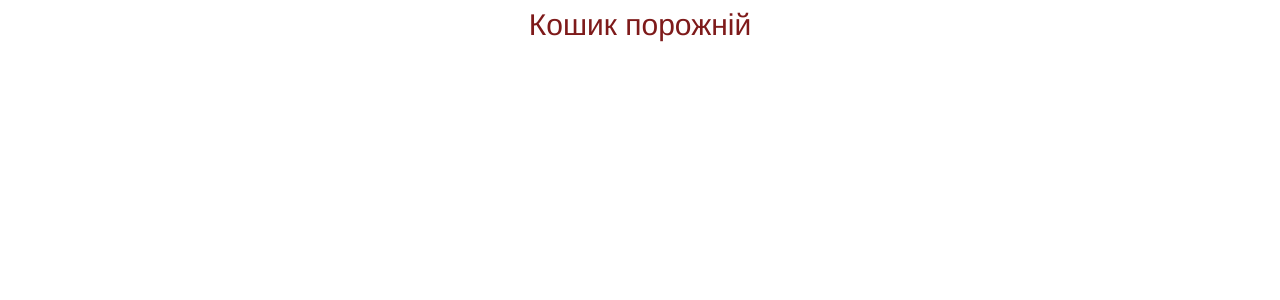
Repository: kristinap8/pharmacy
Page: /cart
The author's editor kept a copy of each file at every save. The page is drawn from the files as they stood at one save, then again after the next save.
The browser window is 1280 px wide. The pictures show the whole page.
The project was rebuilt for these pictures with package versions that can differ from the ones it lists, and the page was loaded fresh each time. Also part of the build but not shown: src/components/AddMedicineForm/index.vue, src/pages/AddMedicine/index.vue, src/components/EditMedicineForm/index.vue, src/pages/EditMedicine/index.vue, src/components/MedicinesList/MedicineCard/index.vue, src/components/MedicinesList/index.vue, src/pages/AllMedicines/index.vue.

Above is the page before, as saved 2020-12-10 00:46:44.

### src/main.js
import Vue from 'vue'
import App from './App.vue'
import router from "./router"
import store from "./store"

Vue.config.productionTip = false

new Vue({
  store,
  router,
  render: h => h(App),
}).$mount('#app')

### src/App.vue
<template>
  <div id="app">
    <router-view/>
  </div>
</template>

<script>
export default {
  name: "App",
  components: {},
};
</script>

<style>
#app {
  font-family: Avenir, Helvetica, Arial, sans-serif;
  -webkit-font-smoothing: antialiased;
  -moz-osx-font-smoothing: grayscale;
  color: #2c3e50;
}
</style>

### src/router.js
import Vue from "vue";
import VueRouter from "vue-router";
import AddMedicine from "@/pages/AddMedicine";
import EditMedicine from "@/pages/EditMedicine";
import AllMedicines from "@/pages/AllMedicines";
import Cart from "@/pages/Cart";

Vue.use(VueRouter);

const routes=[
    {
        path:'/',
        name:'all-medicines',
        component:AllMedicines
    },
    {
        path:'/edit_medicine/:medicine_id',
        name:'edit-medicine',
        component:EditMedicine
    },
    {
        path:'/add_medicine',
        name:'add-medicine',
        component:AddMedicine
    },
    {
        path:'/cart',
        name:'cart',
        component:Cart
    },

]

const router=new VueRouter({
    mode:"history",
    routes
});

export default router;

### src/store/index.js
import Vue from "vue";
import Vuex from "vuex";
import { v4 as uuid_v4 } from 'uuid'

Vue.use(Vuex)
const store=new Vuex.Store({
    state:{
      medicinesList:[
          {
              id:1,
              name:'Но-шпа',
              price:60.48,
              requirements:"Спазми гладкої мускулатури, пов'язані з захворюваннями біліарного тракту: холецистолітіаз, холангіолітіаз, холецистит, перихолецистит, холангіт, папіліт. Спазми гладкої мускулатури при захворюваннях сечового тракту: нефролітіаз, уретролітіаз, пієліт, цистит, тенезми сечового міхура.",
              maker:"Chinoin (Угорщина)"

          },
          {
            id:2,
            name:"Діазолін",
            price:19.19,
            requirements:"Профілактика і лікування сезонного та алергічного риніту, полінозу, кропив'янки, харчової та медикаментозної алергії, дерматозів, що супроводжуються свербежем шкіри (екзема, нейродерміт).",
            maker:"Фармак ОАО (Україна, Київ)"

        },
        {
            id:3,
            name:"Амоксил",
            price:81.77,
            requirements:"Інфекції органів дихання, сечостатевої системи, травного тракту (у тому числі у комбінації з метронідазолом або кларитроміцином застосовують для лікування захворювань, асоційованих із Helicobacter pylori), шкіри та м’яких тканин, спричинені чутливими до лікарського засобу мікроорганізмами.",
            maker:"Киевмедпрепарат ОАО (Україна, Київ)"

        }
      ],
      cart:[],
      cartItemsCount:0
    },
    mutations:{
        addMedicine(state, data) {
            state.medicinesList.push({
             id: uuid_v4(),
             ...data,
           })
         },
         deleteMedicine(state,id){
             let medicines=state.medicinesList.filter(medicine=>medicine.id!=id)
             state.medicinesList=medicines;
         },
         editMedicine(state,medicine){
             state.medicinesList.forEach(m=>{
                 if(m.id==medicine.id){
                     m=medicine;
                 }
             } )
         },
         addToCart(state,medicine){
            let isMedicineExists=state.cart.find(m => m.id == medicine.id);

            if (isMedicineExists) {
                isMedicineExists.quantity ++;
                isMedicineExists.totalPrice = (isMedicineExists.quantity * isMedicineExists.price).toFixed(2);
            } else {
                state.cart.push(medicine);

                Vue.set(medicine, 'quantity', 1);
                Vue.set(medicine, 'totalPrice', medicine.price);
            }
             state.cartItemsCount++
         },
         deleteItemFromCart(state,medicine){
            let index = state.cart.indexOf(medicine);
            if (index > -1) {
                let item= state.cart[index];
                state.cartItemsCount -= item.quantity;
                state.cart.splice(index, 1);
            }
         }
    },
    actions:{
        addMedicine({ commit }, medicine) {
            commit('addMedicine', medicine)
         },
          deleteMedicine({commit},id){
              commit('deleteMedicine',id)
          },
          editMedicine({commit},medicine){
              commit('editMedicine',medicine)
          },
          addToCart({commit},medicine){
              commit('addToCart',medicine)
          },
          deleteItemFromCart({commit},medicine){
              commit("deleteItemFromCart",medicine)
          }

    },
    getters:{
        getMedicines:(state)=> state.medicinesList,
        getMedicineById:(state)=>(id)=>{return state.medicinesList.find(m=>m.id===id)},
        getMedicinesInCart:(state)=>state.cart,
     },
    modules:{

    }
})

export default store

### src/pages/Cart/index.vue
<template>
    <div>
      <cart-form/>
    </div>
</template>

<script>
import CartForm from "../../components/CartForm"
    export default {
        name:"Cart",
        components: {
            CartForm,
        },
    }
</script>

<style lang="scss" scoped>

</style>

### src/components/CartForm/index.vue
<template>
    <div>
        <div v-if="getMedicinesInCart.length>0">
            <div class="item-container" v-for="item in getMedicinesInCart"
            :key="item.id"
            >
            <b> Назва медичного препарату:</b>
            {{ item.name }} <br/>
           <b> Ціна за одиницю:</b>
            {{item.price}} грн.<br/>
            <b>Кількість:</b>
            {{ item.quantity }} шт.<br/>
            <b>Ціна:</b>
            {{ item.totalPrice }} грн.<br/>
           <button class='delete-btn' @click="onDeleteItemFromCart(item)">Видалити</button>
            </div>
            <div class="total">
           <b> Всього:{{total}} грн.</b>
           </div>
        </div>
        <div v-else class="empty-cart">
         Кошик порожній
        </div>
    </div>
</template>

<script>
import {mapGetters} from "vuex"
 export default {
        name:"CartForm",
        computed: {
            ...mapGetters(['getMedicinesInCart']),
            total(){
                let sum=0
                for(let medicine of this.getMedicinesInCart){
                    sum+=Number(medicine.totalPrice)
                }
                return sum.toFixed(2)
            }
         },
         methods: {
             onDeleteItemFromCart(medicine) {
                 this.$store.dispatch('deleteItemFromCart',medicine)
             }
         },


    }
</script>

<style lang="scss" scoped>
.item-container {
  width: 400px;
  height: 100px;
  border: 2px solid rgb(89, 97, 89);
  border-radius: 5px;
  background: #ccc;
  padding: 5px;
  margin:10px;
  text-align: left;
}
.delete-btn{
    background: rgb(119, 80, 80);
}
.total{
    text-align: center;
    font-size: 30px;
    text-decoration: underline;
}
.empty-cart{
    text-align: center;
    color:rgb(126, 26, 26);
    font-size: 30px;
    top:350px;
}
</style>

Loaded but not shown: public/index.html (common file)

After the next save:
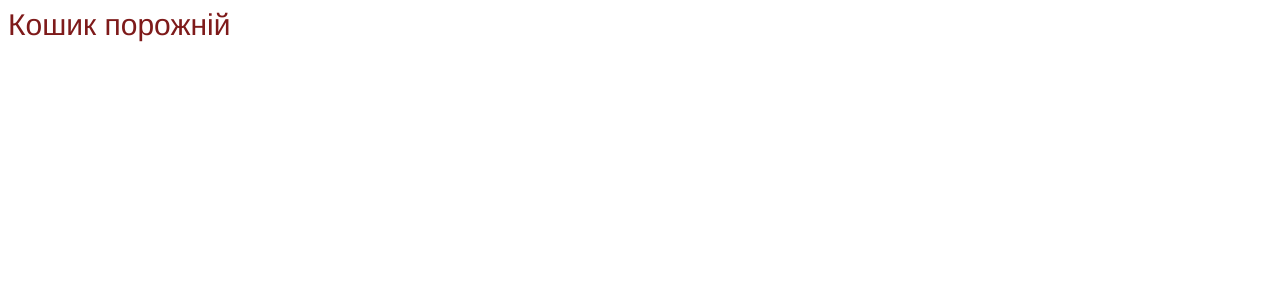
Saved 80 s later.
--- a/src/components/CartForm/index.vue
+++ b/src/components/CartForm/index.vue
@@ -68,9 +68,10 @@ import {mapGetters} from "vuex"
     text-decoration: underline;
 }
 .empty-cart{
-    text-align: center;
     color:rgb(126, 26, 26);
     font-size: 30px;
-    top:350px;
+    display: block;
+    margin-left: auto;
+    margin-right: auto;
 }
 </style>
